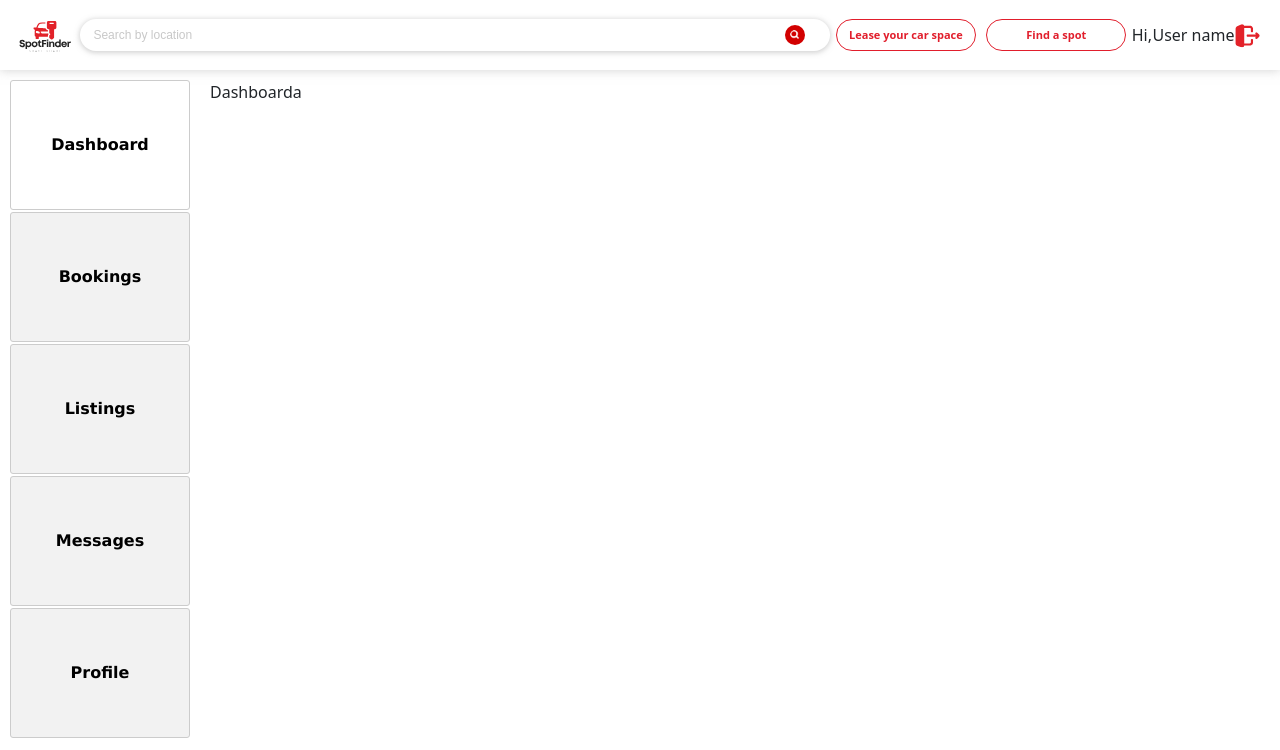
Repository: UNSWSpotFinder/SpotFinder
Page: /dashboard (app in frontend/)
These files come from the project's save history. The page is drawn as it stood at one moment and after the next save; the edit follows.
The browser window is 1280 px wide. The pictures show the whole page.
The project was rebuilt for these pictures with package versions that can differ from the ones it lists, and the page was loaded fresh each time. Also part of the build but not shown: frontend/src/Login.css, frontend/src/Login.jsx, frontend/src/Regist.css, frontend/src/Regist.jsx, frontend/src/HomePage.jsx, frontend/src/App.css, frontend/src/components/Bookings.jsx, frontend/src/components/Listings.jsx and 2 more.

Above is the page before, as saved 2024-03-09 20:53:17.

After the next save:
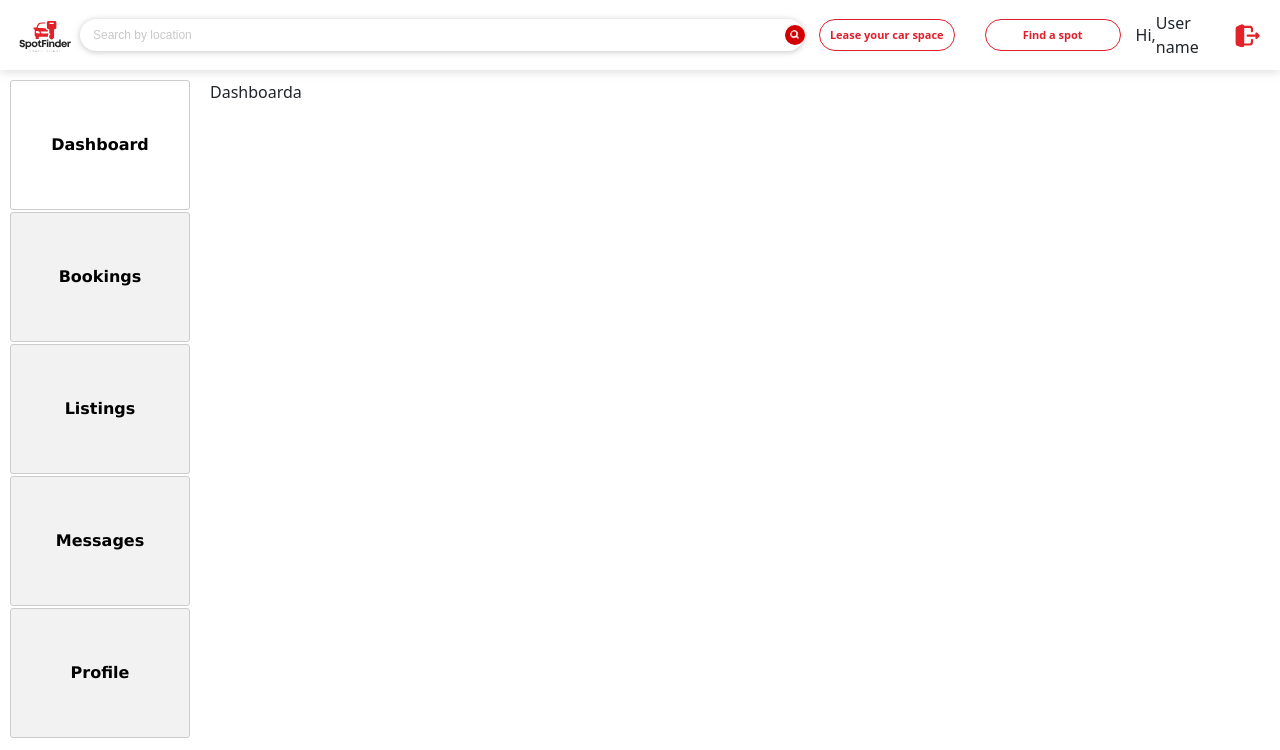
Saved 27 s later.
--- a/frontend/src/components/DashboardTop.css
+++ b/frontend/src/components/DashboardTop.css
@@ -10,7 +10,7 @@
 /* 顶部导航部分 */
 .top-button {
     padding: 7px 10px;
-    margin: 0px 5px;
+    margin: 0px 15px;
     border: 1px solid #e11e2c;
     border-radius: 25px;
     width: 140px;
